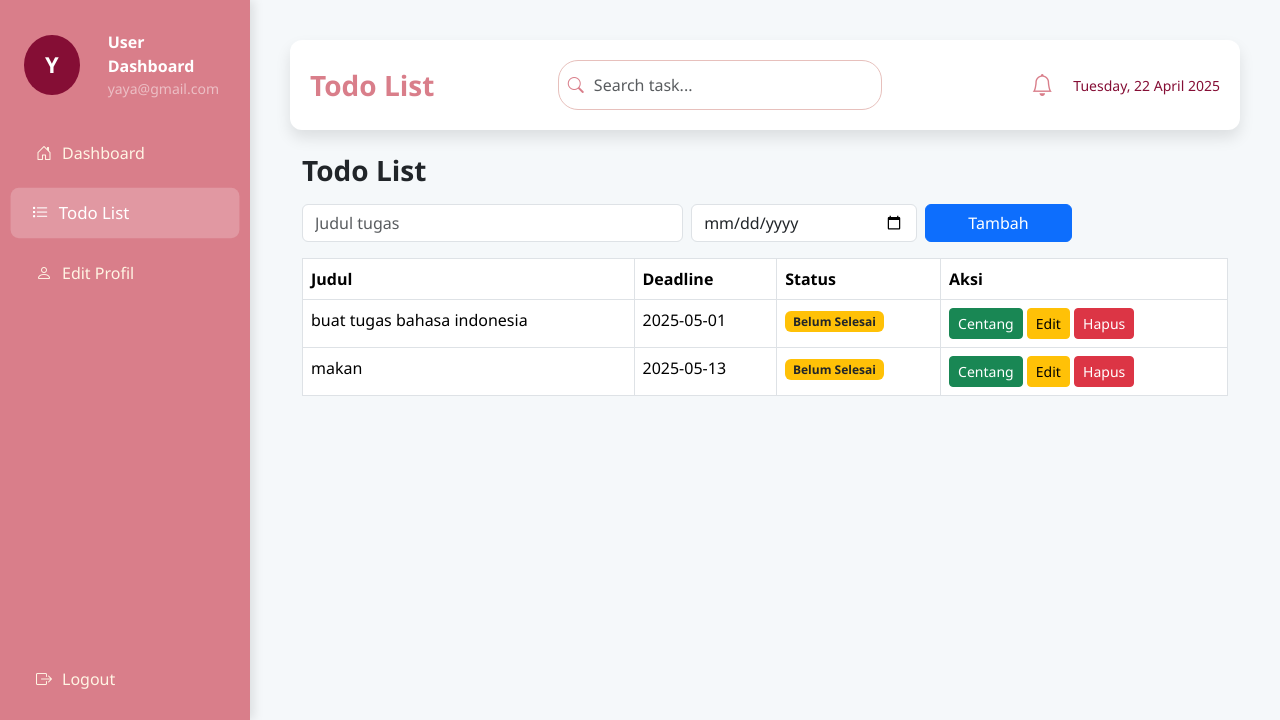
Repository: zhr-nabila/FloTime
Page: http://localhost/todo.php
These files come from the project's save history. The page is drawn as it stood at one moment and after a run of saves; the edit follows.
The browser window is 1280 px wide. The pictures show the whole page.
The page is run by PHP 8.4 with error messages shown; the project is at /var/www/html/. The session is filled in as if someone had signed in: {"email": "yaya@gmail.com", "status": "login", "user_id": 2}. Other server files are loaded and not shown. The database holds what the project's SQL file puts in it.

Above is the page before, as saved 2025-04-23 11:57:28.

### todo.php
<?php
session_start();
require 'koneksi.php';

if (!isset($_SESSION['status']) || $_SESSION['status'] != "login") {
    header("Location: login.php");
    exit();
}

$user_id = $_SESSION['user_id'];
$email = $_SESSION['email'];
$search = $_GET['search'] ?? '';

// Tambah task
if (isset($_POST['add_task'])) {
    $title = $_POST['title'];
    $deadline = $_POST['deadline'];
    $created_at = date('Y-m-d H:i:s');

    $stmt = $conn->prepare("INSERT INTO todos (user_id, title, status, deadline, created_at) VALUES (?, ?, 'pending', ?, ?)");
    $stmt->bind_param("isss", $user_id, $title, $deadline, $created_at);
    $stmt->execute();
    $stmt->close();

    header("Location: todo.php");
    exit();
}

// Centang task
if (isset($_GET['done'])) {
    $task_id = $_GET['done'];
    $conn->query("UPDATE todos SET status='completed' WHERE id=$task_id AND user_id=$user_id");
    header("Location: todo.php");
    exit();
}

// Hapus task
if (isset($_GET['delete'])) {
    $task_id = $_GET['delete'];
    $conn->query("DELETE FROM todos WHERE id=$task_id AND user_id=$user_id");
    header("Location: todo.php");
    exit();
}

// Ambil data tugas
$searchSql = !empty($search) ? "AND title LIKE '%$search%'" : "";
$sql = "SELECT * FROM todos WHERE user_id = $user_id $searchSql ORDER BY deadline ASC";
$result = $conn->query($sql);

if (!$result) {
    die("Query gagal: " . $conn->error);
}
?>

<!DOCTYPE html>
<html lang="en">
<head>
    <meta charset="UTF-8">
    <title>Todo List</title>
    <link href="https://cdn.jsdelivr.net/npm/bootstrap@5.3.3/dist/css/bootstrap.min.css" rel="stylesheet">
    <link href="https://cdn.jsdelivr.net/npm/bootstrap-icons@1.10.5/font/bootstrap-icons.css" rel="stylesheet">
    <link rel="stylesheet" href="css/style.css">
</head>
<body>

<div class="sidebar d-flex flex-column">
    <div class="px-4 d-flex align-items-center mb-4">
        <div class="user-avatar"><?= strtoupper(substr($email, 0, 1)) ?></div>
        <div class="ms-2">
            <div class="fw-semibold">User Dashboard</div>
            <div class="small text-white-50"><?= htmlspecialchars($email) ?></div>
        </div>
    </div>
    <nav class="nav flex-column px-3">
        <a class="nav-link" href="dashboard.php"><i class="bi bi-house-door"></i> Dashboard</a>
        <a class="nav-link active" href="todo.php"><i class="bi bi-list-task"></i> Todo List</a>
        <a class="nav-link" href="profile.php"><i class="bi bi-person"></i> Edit Profil</a>
        <a class="nav-link logout" href="logout.php"><i class="bi bi-box-arrow-right"></i> Logout</a>
    </nav>
</div>

<div class="main-content">
    <div class="header">
        <div class="title">Todo List</div>
        <div class="search-bar">
            <form method="GET" action="todo.php" class="d-flex">
                <input type="text" name="search" class="form-control" placeholder="Search task..." value="<?= htmlspecialchars($search) ?>">
                <button type="submit" class="btn"><i class="bi bi-search"></i></button>
            </form>
        </div>
        <div class="notifications">
            <i class="bi bi-bell"></i>
            <div class="date"><?= date('l, d F Y') ?></div>
        </div>
    </div>

    <div class="container mt-4">
        <h3 class="mb-3 fw-bold">Todo List</h3>
        <form method="POST" class="mb-3 row g-2">
            <div class="col-md-5">
                <input type="text" name="title" class="form-control" placeholder="Judul tugas" required>
            </div>
            <div class="col-md-3">
                <input type="date" name="deadline" class="form-control" required>
            </div>
            <div class="col-md-2">
                <button type="submit" name="add_task" class="btn btn-primary w-100">Tambah</button>
            </div>
        </form>

        <?php if ($result->num_rows > 0): ?>
            <table class="table table-bordered">
                <thead>
                    <tr>
                        <th>Judul</th>
                        <th>Deadline</th>
                        <th>Status</th>
                        <th>Aksi</th>
                    </tr>
                </thead>
                <tbody>
                    <?php while ($row = $result->fetch_assoc()): ?>
                        <tr>
                            <td><?= htmlspecialchars($row['title']) ?></td>
                            <td><?= htmlspecialchars($row['deadline']) ?></td>
                            <td>
                                <?php
                                if ($row['status'] == 'completed') {
                                    echo "<span class='badge bg-success'>Selesai</span>";
                                } elseif (date('Y-m-d') > $row['deadline']) {
                                    echo "<span class='badge bg-danger'>Terlambat</span>";
                                } else {
                                    echo "<span class='badge bg-warning text-dark'>Belum Selesai</span>";
                                }
                                ?>
                            </td>
                            <td>
                                <?php if ($row['status'] != 'completed'): ?>
                                    <a href="?done=<?= $row['id'] ?>" class="btn btn-success btn-sm">Centang</a>
                                <?php endif; ?>
                                <a href="edit_task.php?id=<?= $row['id'] ?>" class="btn btn-warning btn-sm">Edit</a>
                                <a href="?delete=<?= $row['id'] ?>" onclick="return confirm('Hapus tugas ini?')" class="btn btn-danger btn-sm">Hapus</a>
                            </td>
                        </tr>
                    <?php endwhile; ?>
                </tbody>
            </table>
        <?php else: ?>
            <p class="text-muted">Tidak ada tugas ditemukan.</p>
        <?php endif; ?>
    </div>
</div>

</body>
</html>

### koneksi.php
<?php
$host = "localhost";
$user = "root";
$pass = "";
$db = "todolist"; // Nama database kamu

$conn = mysqli_connect($host, $user, $pass, $db);

// Cek koneksi
if (!$conn) {
    die("Koneksi gagal: " . mysqli_connect_error());
}
?>

### css/style.css
@import url('https://fonts.googleapis.com/css2?family=Poppins:wght@500&display=swap');

:root {
    --c0: #ffffff;
    --c1: #E3919F;
    --c2: #E7C0BC;
    --c3: #370808;
    --c4: #D97E8A;
    --c5: #EC9FAB;
    --c6: #000000;
    /* gradient */
    --c7: #850e35;
    --c8: #ee6983;
    --c9: #ffc4c4;
    --c10: #fff5e4;
    --c11: #d1d5db;
}

body {
    background: #f5f8fa;
    font-family: 'Segoe UI', sans-serif;
    margin: 0;
    padding: 0;
    overflow: hidden;
}

html, body {
    height: 100%;
}


::-webkit-scrollbar {
    display: none;
}

.main-content {
    margin-left: 250px;
    padding: 40px;
    height: 100vh;
    overflow-y: auto;
}


.sidebar {
    height: 100vh;
    background: var(--c4);
    color: var(--c0);
    padding-top: 30px;
    position: fixed;
    width: 250px;
    transition: all 0.3s;
    box-shadow: 4px 0 10px rgba(0, 0, 0, 0.1);
}

.sidebar .nav-link {
    color: var(--c10);
    padding: 12px 20px;
    margin: 6px 0;
    border-radius: 8px;
    display: flex;
    align-items: center;
    gap: 10px;
    transition: all 0.3s ease;
    font-size: 16px;
}

.sidebar .nav-link:hover,
.sidebar .nav-link.active {
    background-color: rgba(255, 255, 255, 0.2);
    color: var(--c0);
    transform: scale(1.05);
}

.sidebar .nav-link.logout {
    color: var(--c10);
    padding: 12px 20px;
    margin: 22rem 0;
    border-radius: 8px;
    display: flex;
    align-items: center;
    gap: 10px;
    transition: all 0.3s ease;
    font-size: 16px;
}

.sidebar .nav-link.logout:hover {
    background-color: rgba(255, 255, 255, 0.2);
    color: var(--c0);
    transform: scale(1.05);
}

.main-content {
    margin-left: 250px;
    padding: 40px;
}

.header {
    display: flex;
    justify-content: space-between;
    align-items: center;
    padding: 20px;
    background: var(--c0);
    border-radius: 12px;
    box-shadow: 0 8px 15px rgba(0, 0, 0, 0.1);
    margin-bottom: 20px;
}

.header .title {
    font-size: 28px;
    font-weight: bold;
    color: var(--c4);
}

.header .search-bar {
    position: relative;
    width: 350px;
}

.header .search-bar input {
    width: 100%;
    padding: 12px 40px 12px 35px;
    border-radius: 20px;
    border: 1px solid var(--c2);
    font-size: 16px;
    transition: border 0.3s;
}

.header .search-bar input:focus {
    border: 1px solid var(--c4);
    outline: none;
}

.header .search-bar i {
    position: absolute;
    top: 50%;
    left: 10px;
    transform: translateY(-50%);
    color: var(--c4);
}

.header .notifications {
    display: flex;
    align-items: center;
    gap: 20px;
}

.header .notifications .bi {
    font-size: 22px;
    cursor: pointer;
    color: var(--c4);
    transition: color 0.3s;
}

.header .notifications .bi:hover {
    color: var(--c7);
}

.card-welcome {
    background: linear-gradient(135deg, var(--c9), var(--c10));
    border-radius: 16px;
    box-shadow: 0 15px 30px rgba(0, 0, 0, 0.1);
    padding: 30px;
    animation: fadeIn 0.6s ease;
    margin-bottom: 30px;
    color: var(--c7);
    border: none;
}

.user-avatar {
    width: 60px;
    height: 60px;
    background-color: var(--c7);
    color: var(--c0);
    font-weight: bold;
    border-radius: 50%;
    display: flex;
    align-items: center;
    justify-content: center;
    margin-right: 20px;
    font-size: 22px;
    transition: background-color 0.3s ease;
}

.user-avatar:hover {
    background-color: var(--c3);
}

.date {
    font-size: 14px;
    color: var(--c7);
}

@keyframes fadeIn {
    from {opacity: 0; transform: translateY(20px);}
    to {opacity: 1; transform: translateY(0);}
}

/* Mobile Responsiveness */
@media (max-width: 768px) {
    .sidebar {
        width: 200px;
    }

    .main-content {
        margin-left: 200px;
    }

    .header .title {
        font-size: 24px;
    }

    .header .search-bar {
        width: 250px;
    }
}

todo

### todolist.sql (the tables this page reads)
CREATE TABLE `todos` (
  `id` int(11) NOT NULL,
  `user_id` int(11) NOT NULL,
  `title` varchar(255) NOT NULL,
  `status` enum('pending','completed') DEFAULT 'pending',
  `deadline` date DEFAULT NULL,
  `created_at` timestamp NOT NULL DEFAULT current_timestamp()
) ENGINE=InnoDB DEFAULT CHARSET=utf8mb4 COLLATE=utf8mb4_general_ci;

INSERT INTO `todos` (`id`, `user_id`, `title`, `status`, `deadline`, `created_at`) VALUES
(2, 2, 'buat tugas bahasa indonesia', 'pending', '2025-05-01', '2025-05-15 17:11:25'),
(5, 2, 'makan', 'pending', '2025-05-13', '2025-05-21 19:26:13');

ALTER TABLE `todos`
  ADD PRIMARY KEY (`id`),
  ADD KEY `user_id` (`user_id`);

ALTER TABLE `todos`
  MODIFY `id` int(11) NOT NULL AUTO_INCREMENT, AUTO_INCREMENT=6;

ALTER TABLE `todos`
  ADD CONSTRAINT `todos_ibfk_1` FOREIGN KEY (`user_id`) REFERENCES `users` (`id`);

After the next 2 saves:
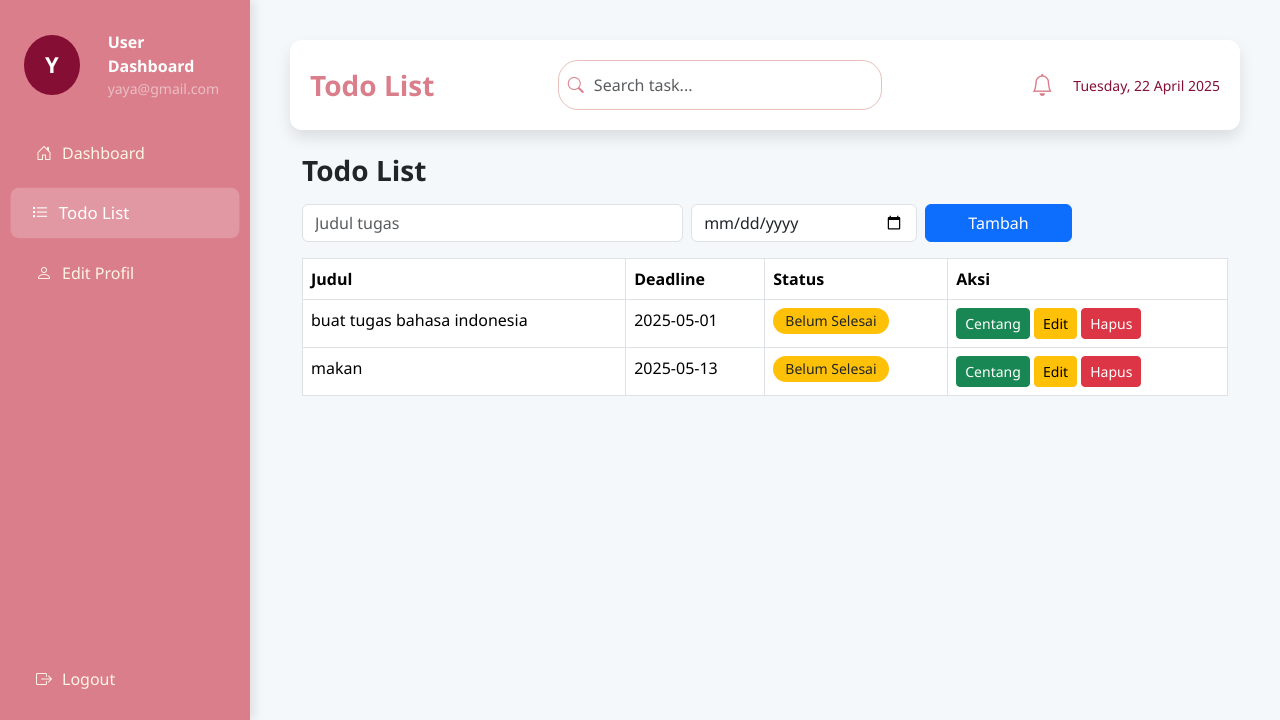
The 2 saves are shown as one change because they came seconds apart.
The last was saved 8 s later.
--- a/css/style.css
+++ b/css/style.css
@@ -214,4 +214,133 @@ html, body {
     }
 }
 
-todo
+/* todo */
+
+/* TODO Card Container */
+.todo-card {
+    background-color: var(--c0);
+    border-radius: 16px;
+    box-shadow: 0 10px 25px rgba(0, 0, 0, 0.08);
+    padding: 30px;
+    margin-bottom: 30px;
+    animation: fadeIn 0.6s ease;
+    border: 2px solid var(--c2);
+}
+
+/* Judul Section */
+.todo-title {
+    font-size: 22px;
+    font-weight: 600;
+    color: var(--c4);
+    margin-bottom: 20px;
+    display: flex;
+    align-items: center;
+    gap: 10px;
+}
+
+/* Form Input untuk Tambah Tugas */
+.todo-form .form-control {
+    border-radius: 12px;
+    border: 1px solid var(--c11);
+    transition: border 0.3s ease;
+}
+
+.todo-form .form-control:focus {
+    border: 1px solid var(--c4);
+    box-shadow: none;
+}
+
+.todo-form .btn-primary {
+    background-color: var(--c4);
+    border: none;
+    border-radius: 12px;
+    font-weight: bold;
+    padding: 10px 20px;
+    transition: background-color 0.3s ease;
+}
+
+.todo-form .btn-primary:hover {
+    background-color: var(--c7);
+}
+
+/* Table Styling */
+.todo-table {
+    width: 100%;
+    border-collapse: collapse;
+    margin-top: 20px;
+    border-radius: 12px;
+    overflow: hidden;
+    box-shadow: 0px 10px 20px rgba(0,0,0,0.05);
+}
+
+.todo-table th {
+    background-color: var(--c1);
+    color: white;
+    font-weight: 600;
+    padding: 15px;
+    text-align: left;
+}
+
+.todo-table td {
+    padding: 14px;
+    background-color: var(--c0);
+    border-bottom: 1px solid var(--c11);
+    vertical-align: middle;
+    color: var(--c6);
+}
+
+.todo-table td:last-child {
+    text-align: center;
+}
+
+/* Badge untuk Status */
+.badge {
+    border-radius: 20px;
+    padding: 6px 12px;
+    font-size: 14px;
+    font-weight: 500;
+}
+
+.badge-danger {
+    background-color: #ffb3b3;
+    color: #a80000;
+}
+
+.badge-warning {
+    background-color: #ffe680;
+    color: #bfa000;
+}
+
+.badge-success {
+    background-color: #c8facc;
+    color: #008000;
+}
+
+/* Tombol Edit/Hapus */
+.btn-action {
+    border-radius: 8px;
+    padding: 6px 12px;
+    font-size: 14px;
+    font-weight: 500;
+    transition: all 0.3s ease;
+}
+
+.btn-edit {
+    background-color: var(--c5);
+    color: var(--c0);
+    border: none;
+}
+
+.btn-edit:hover {
+    background-color: var(--c4);
+}
+
+.btn-delete {
+    background-color: #ff4d6d;
+    color: white;
+    border: none;
+}
+
+.btn-delete:hover {
+    background-color: #cc0033;
+}
